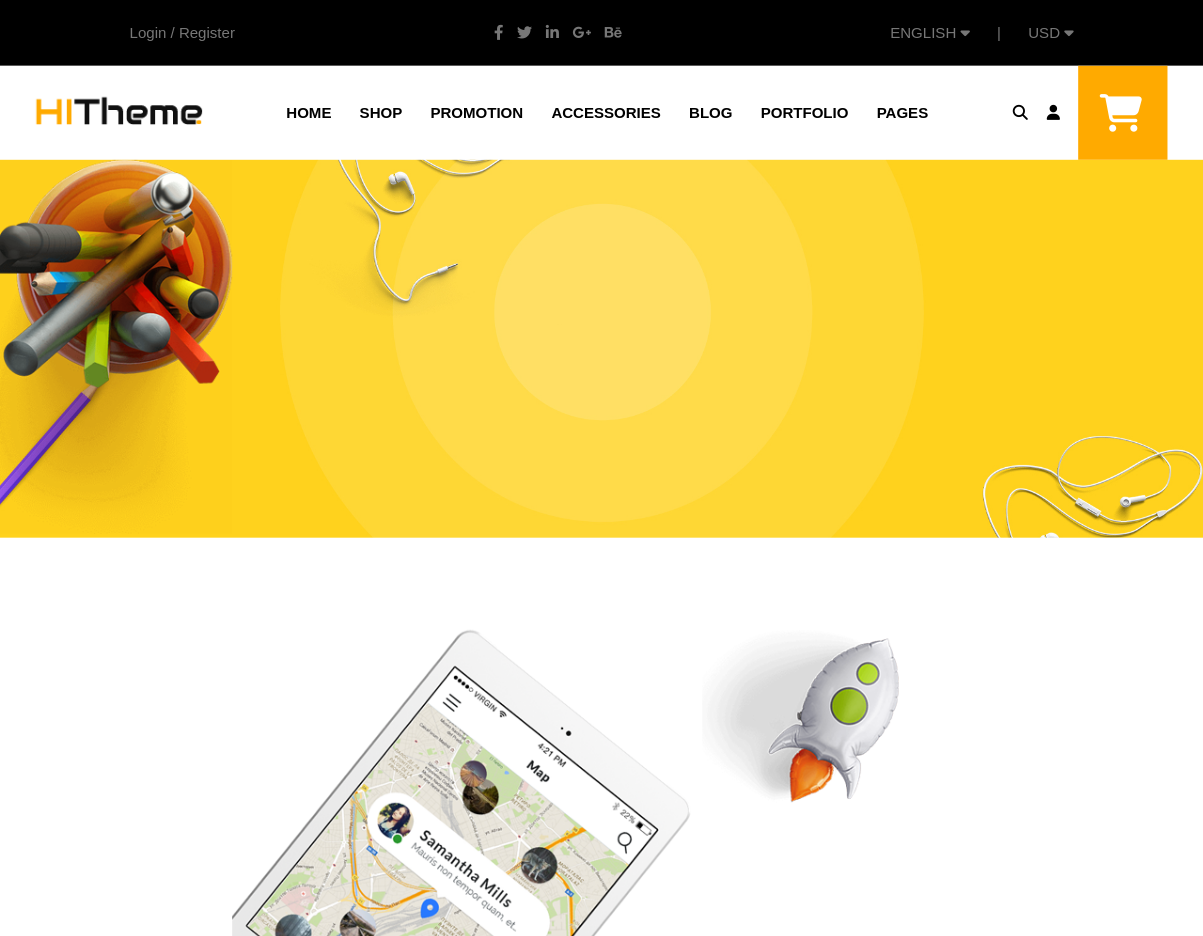
Repository: Thach1311/DU-AN-WEB-BAN-HANG-
Page: index1.html
These files come from the project's save history. The page is drawn as it stood at one moment and after the next save; the edit follows.
The browser window is 1280 px wide. The pictures show the whole page, at 94% of full size.

Above is the page before, as saved 2023-02-23 17:30:38.

After the next save:
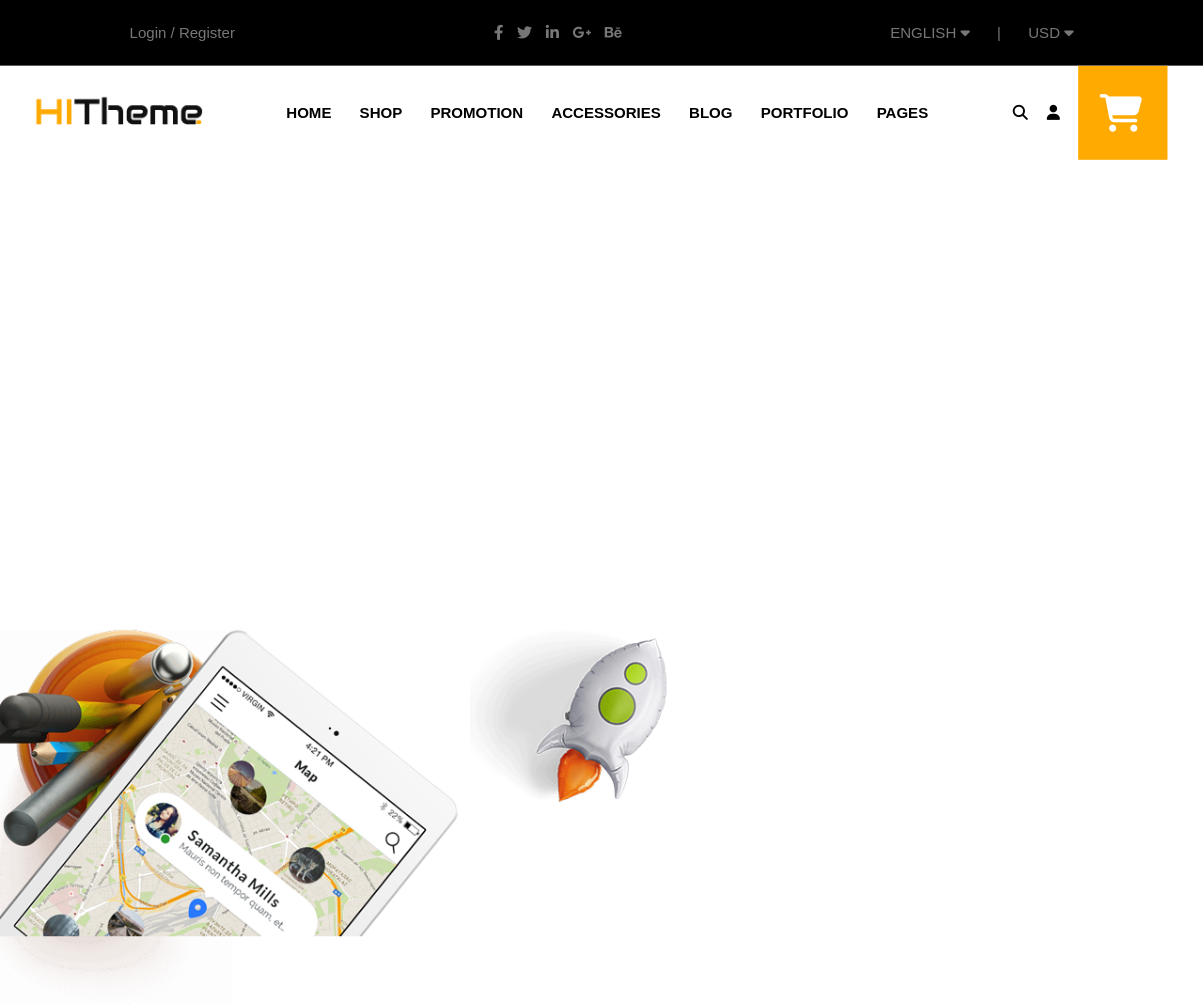
Saved 26 s later.
--- a/CSS/style1.css
+++ b/CSS/style1.css
@@ -617,6 +617,8 @@
 .slide__bgMain-item1{
 
     /* animation: go 2s infinite alternate-reverse; */
+    position: absolute;
+    margin-top: 500px;
 }
 .slide__bgMain-item2{
     position: absolute;
